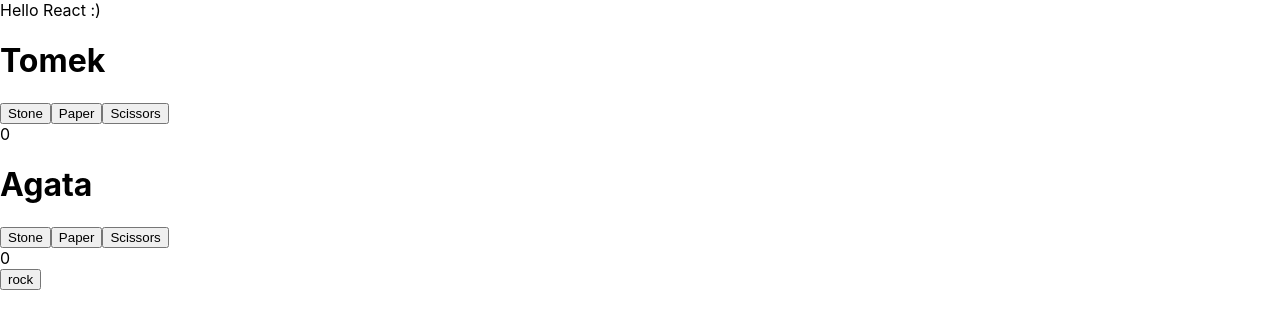
Repository: K009/Rock-Paper-Scissors
Page: /
The author's editor kept a copy of each file at every save. The page is drawn from the files as they stood at one save, then again after the next save.
The browser window is 1280 px wide. The pictures show the whole page.
The project was rebuilt for these pictures with package versions that can differ from the ones it lists, and the page was loaded fresh each time. Also part of the build but not shown: src/App.css.

Above is the page before, as saved 2020-05-11 09:49:41.

### src/App.js
import React, { Component } from "react";
import "./App.css";
import Player from "./components/Player";

const weapon = ["rock", "paper", "scissors"];
class App extends Component {
  constructor() {
    super();
    this.state = {
      playerOne: weapon[0],
      playerTwo: weapon[0],
      winner: "",
    };
    this.state = { counter: 0 };
  }

  selectWinner = () => {
    const { playerOne, playerTwo } = this.state;
  };

  selectWeapon = (weapon) => {
    this.setState({
      playerOne: weapon,
      winner: "",
    });
  };

  render() {
    return (
      <div className="App">
        Hello React :)
        <div className="Players">
          <Player playerName="Tomek" />
          <Player playerName="Agata" />
        </div>
        <div>
          <button className="weapon" onClick={() => this.selectWeapon("rock")}>
            rock
          </button>
        </div>
      </div>
    );
  }
}

export default App;

### src/components/Player.js
import React, { useState } from "react";
//import style from "./player.module.css";

const Player = ({ playerName }) => {
  const [option, setOption] = useState(0);
  return (
    <div>
      <h1>{playerName}</h1>
      <button
        className="submit-button"
        type="submit"
        onClick={() => setOption(option + 1)}
      >
        Stone
      </button>
      <button
        className="submit-button"
        type="submit"
        onClick={() => setOption(option + 2)}
      >
        Paper
      </button>
      <button
        className="submit-button"
        type="submit"
        onClick={() => setOption(option + 3)}
      >
        Scissors
      </button>
      <div>{option}</div>
    </div>
  );
};

export default Player;

Loaded but not shown: public/index.html (common file); src/index.js (common file); src/index.css (common file); src/serviceWorker.js (common file)

After the next save:
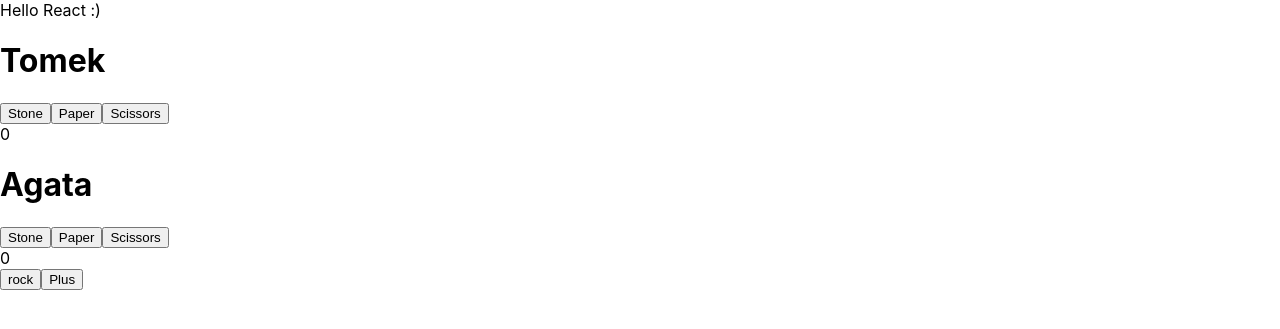
Saved 116 s later.
--- a/src/App.js
+++ b/src/App.js
@@ -37,6 +37,7 @@ class App extends Component {
           <button className="weapon" onClick={() => this.selectWeapon("rock")}>
             rock
           </button>
+          <button onClick={() => this.counter + 1}>Plus</button>
         </div>
       </div>
     );
